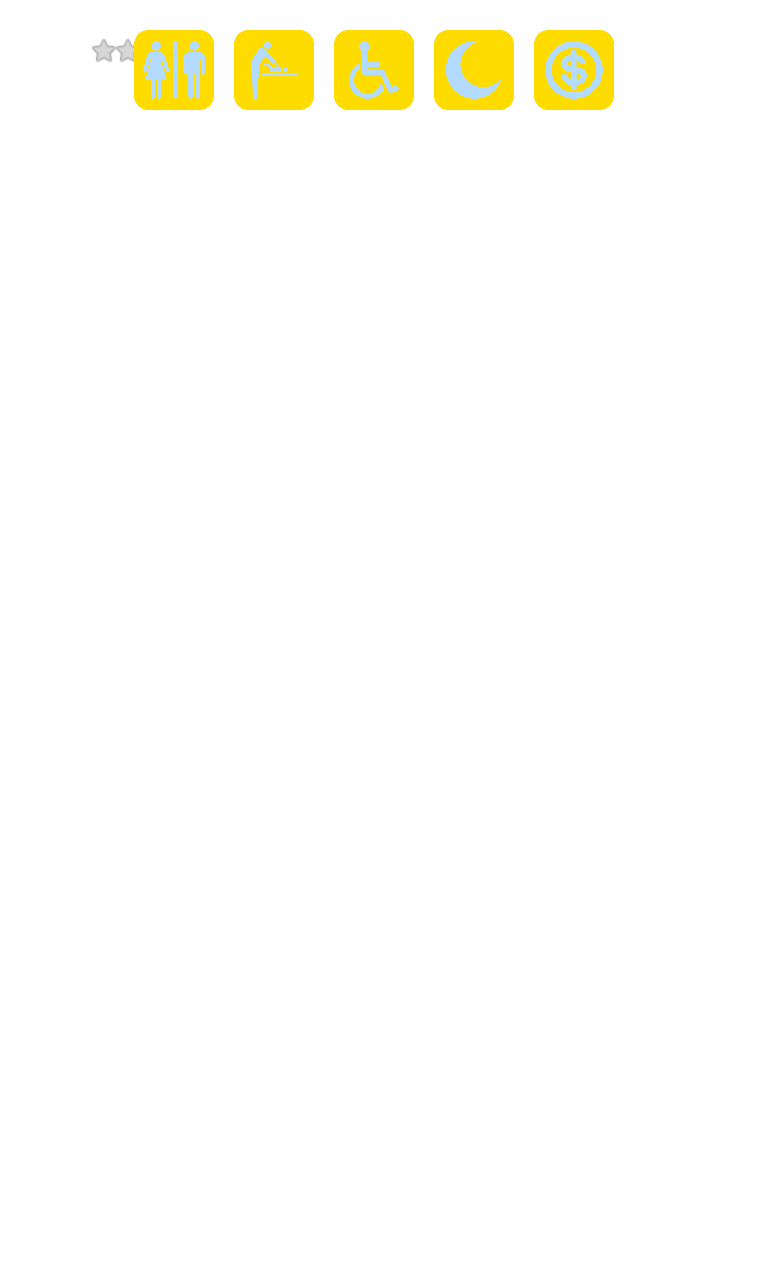
Repository: asocha/toilettalk
Layout: Android/workspace/ToiletTalk/res/layout/google_maps_marker.xml
These files come from the project's save history. The layout is drawn as it stood at one moment and after the next save; the edit follows.
It is drawn on a 768 x 1280 px phone screen (xhdpi) without system bars, with theme AppTheme; the app's code is not run.

Above is the layout before, as saved 2013-04-28 21:16:43.

After the next save:
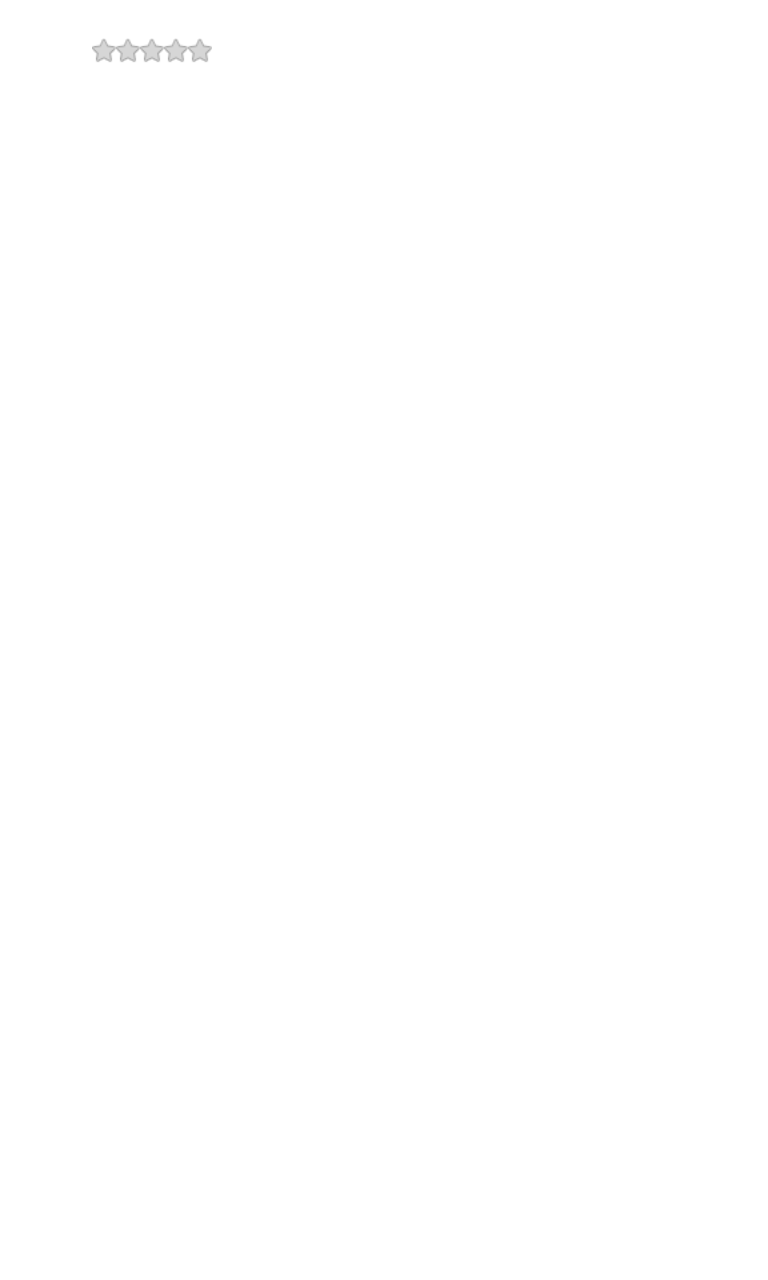
Saved 69 s later.
--- a/Android/workspace/ToiletTalk/res/layout/google_maps_marker.xml
+++ b/Android/workspace/ToiletTalk/res/layout/google_maps_marker.xml
@@ -38,62 +38,6 @@
 		android:layout_below="@id/marker_image"
 		android:textAppearance="?android:attr/textAppearanceSmall"/>
 
-	<LinearLayout
-        android:id="@+id/marker_address"
-        android:layout_width="wrap_content"
-        android:layout_marginTop="15dp"
-        android:layout_height="40dp"
-        android:layout_below="@+id/"
-        android:layout_centerHorizontal="true" >
-
-        <ToggleButton
-            android:id="@+id/button_unisex"
-            android:layout_marginRight="10dp"
-            android:layout_width="40dp"
-            android:layout_height="fill_parent"
-            android:background="@drawable/button_unisex"
-            android:textOn=""
-            android:textOff="" />
-
-        <ToggleButton
-            android:id="@+id/button_babystation"
-            android:layout_marginRight="10dp"
-            android:layout_width="40dp"
-            android:layout_height="fill_parent"
-            android:background="@drawable/button_baby_station"
-            android:textOn=""
-            android:textOff="" />
-
-        <ToggleButton
-            android:id="@+id/button_handicap"
-            android:layout_marginRight="10dp"
-            android:layout_width="40dp"
-            android:layout_height="fill_parent"
-            android:background="@drawable/button_handicap"
-            android:textOn=""
-            android:textOff="" />
-
-        <ToggleButton
-            android:id="@+id/button_24hours"
-            android:layout_marginRight="10dp"
-            android:layout_width="40dp"
-            android:layout_height="fill_parent"
-            android:background="@drawable/button_24hours"
-            android:textOn=""
-            android:textOff="" />
-
-        <ToggleButton
-            android:id="@+id/button_money"
-            android:layout_marginRight="10dp"
-            android:layout_width="40dp"
-            android:layout_height="fill_parent"
-            android:background="@drawable/button_money"
-            android:textOn=""
-            android:textOff="" />
-    </LinearLayout>
-
-
-
 
 
 </RelativeLayout>

After the save that followed:
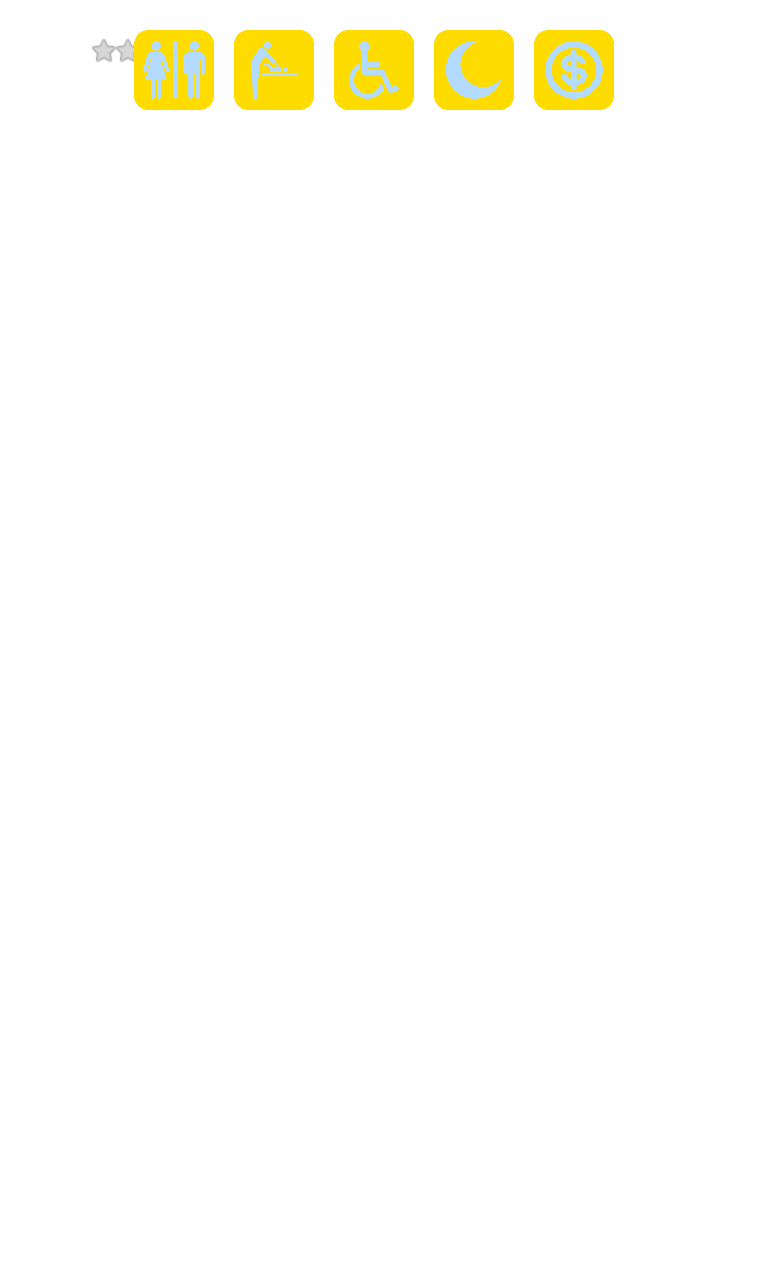
Saved 3 min 35 s later.
--- a/Android/workspace/ToiletTalk/res/layout/google_maps_marker.xml
+++ b/Android/workspace/ToiletTalk/res/layout/google_maps_marker.xml
@@ -38,6 +38,59 @@
 		android:layout_below="@id/marker_image"
 		android:textAppearance="?android:attr/textAppearanceSmall"/>
 
+	<LinearLayout
+        android:id="@+id/view_icons"
+        android:layout_width="wrap_content"
+        android:layout_marginTop="15dp"
+        android:layout_height="40dp"
+        android:layout_below="@+id/compose_ratingbar"
+        android:layout_centerHorizontal="true" >
+
+        <ToggleButton
+            android:id="@+id/button_unisex"
+            android:layout_marginRight="10dp"
+            android:layout_width="40dp"
+            android:layout_height="fill_parent"
+            android:background="@drawable/button_unisex"
+            android:textOn=""
+            android:textOff="" />
+
+        <ToggleButton
+            android:id="@+id/button_babystation"
+            android:layout_marginRight="10dp"
+            android:layout_width="40dp"
+            android:layout_height="fill_parent"
+            android:background="@drawable/button_baby_station"
+            android:textOn=""
+            android:textOff="" />
+
+        <ToggleButton
+            android:id="@+id/button_handicap"
+            android:layout_marginRight="10dp"
+            android:layout_width="40dp"
+            android:layout_height="fill_parent"
+            android:background="@drawable/button_handicap"
+            android:textOn=""
+            android:textOff="" />
+
+        <ToggleButton
+            android:id="@+id/button_24hours"
+            android:layout_marginRight="10dp"
+            android:layout_width="40dp"
+            android:layout_height="fill_parent"
+            android:background="@drawable/button_24hours"
+            android:textOn=""
+            android:textOff="" />
+
+        <ToggleButton
+            android:id="@+id/button_money"
+            android:layout_marginRight="10dp"
+            android:layout_width="40dp"
+            android:layout_height="fill_parent"
+            android:background="@drawable/button_money"
+            android:textOn=""
+            android:textOff="" />
+    </LinearLayout>
 
 
 </RelativeLayout>
